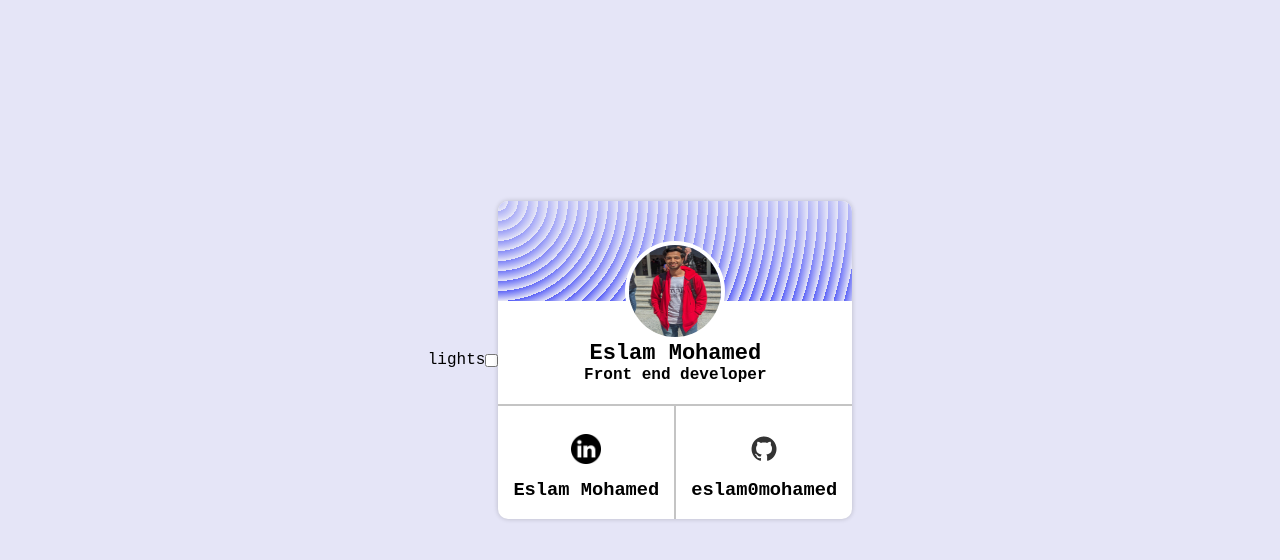
Repository: Eslam0Mohamed/profile-card-component
Page: index.html
These files come from the project's save history. The page is drawn as it stood at one moment and after the next save; the edit follows.
The browser window is 1280 px wide. The pictures show the whole page.

Above is the page before, as saved 2024-07-25 19:11:04.

### index.html
<!DOCTYPE html>
<html lang="en">
  <head>
    <meta charset="UTF-8" />
    <meta name="viewport" content="width=device-width, initial-scale=1.0" />
    <title>Profile Card</title>
    <link rel="stylesheet" href="style.css" />
  </head>
  <body>
    <div class="container">
      <div class="lights-control">
        lights
        <input type="checkbox" name="lights-input" id="lights-input" class="lights-input">
        <label for="light-input" class="lights-label"></label>
      </div>
      <article class="card">
        <div class="top"></div>
        <div class="middle">
          <img src="assets/my-pic.jpg" alt="Eslam's photo" class="pic" />
          <h1 class="title">Eslam Mohamed</h1>
          <h2 class="job">Front end developer</h2>
        </div>
        <div class="bottom">
          <div class="column">
            <a href="https://www.linkedin.com/in/eslam-mohamed2002/">
              <img class="icon" src="assets/linkedin.png" alt="Linkedin icon" />
            </a>
            <h3>Eslam Mohamed</h3>
          </div>
          <div class="column">
            <a href="https://github.com/Eslam0Mohamed">
              <img class="icon" src="assets/github.svg" alt="github icon" />
            </a>
            <h3>eslam0mohamed</h3>
          </div>
        </div>
      </article>
    </div>
  </body>
</html>

### style.css
:root {
    --color-white: #fff;
    --color-grey: #c4c4c4;
}

/* CSS Reset */

* {
    margin: 0;
    padding: 0;
    box-sizing: border-box;
}

*,
*::before,
*::after {
    box-sizing: border-box;
}

a {
    color: inherit;
    display: inline-block;
}

button {
    background-color: transparent;
    border: none;
    cursor: pointer;
    border: 0;
}

ul,
ol {
    list-style: none;
}

html {
    font-size: 62.5%;
}

body {
    font-size: 1.6rem;
    font-family: "Courier New", Courier, monospace;
}

.container {
    /* flex-direction: column; */
    min-height: 100vh;
    display: flex;
    justify-content: center;
    align-items: center;
    background-color: #e5e5f7;
    background-image: radial-gradient(#444cf7 0.5px, #e5e5f7 0.5px);
    background-size: 10px 10px;
}
.lights-control{
    display: flex;
    align-items: center;
    gab
}
.card {
    display: flex;
    flex-direction: column;
    border-radius: 1rem;
    min-width: 35rem;
    overflow: hidden;
    background-color: var(--color-white);
    box-shadow:  0 0 0.5rem rgba(0, 0, 0, 0.2);
}

.top {
    height: 10rem;
    background-color: #e5e5f7;
    opacity: 0.9;
    background-image: repeating-radial-gradient(circle at 0 0, transparent 0, #e5e5f7 10px),
        repeating-linear-gradient(#444cf755, #444cf7);

}

.middle{
    z-index: 5;
    display: flex;
    flex-direction: column;
    justify-content: center;
    align-items: center;
    margin-top: -6rem;
}
.pic {
    height: 100px;
    width: 100px;
    border-radius: 50%;
    /* object-fit: contain; */
    background-color: var(--color-white);
    border: 0.4rem solid var(--color-white);
}
.title{
    font-size:  2.2rem;

 }
 .job{
    font-size:  1.6rem;

 }
 .bottom{
    margin: 20px 0 0 0;
    display: flex;
    justify-content: space-evenly;
    border-top: 2px solid var(--color-grey);
 }
 .column:last-child{
    border-left: 2px solid var(--color-grey);

 }
 .column{
  /* display: flex;
  flex-direction: column;
  align-items: center; */
  flex: 1;
padding: 18px 15px;
text-align: center;

 }
 .icon{
    width: 30px;
    margin: 10px 0;
 }

After the next save:
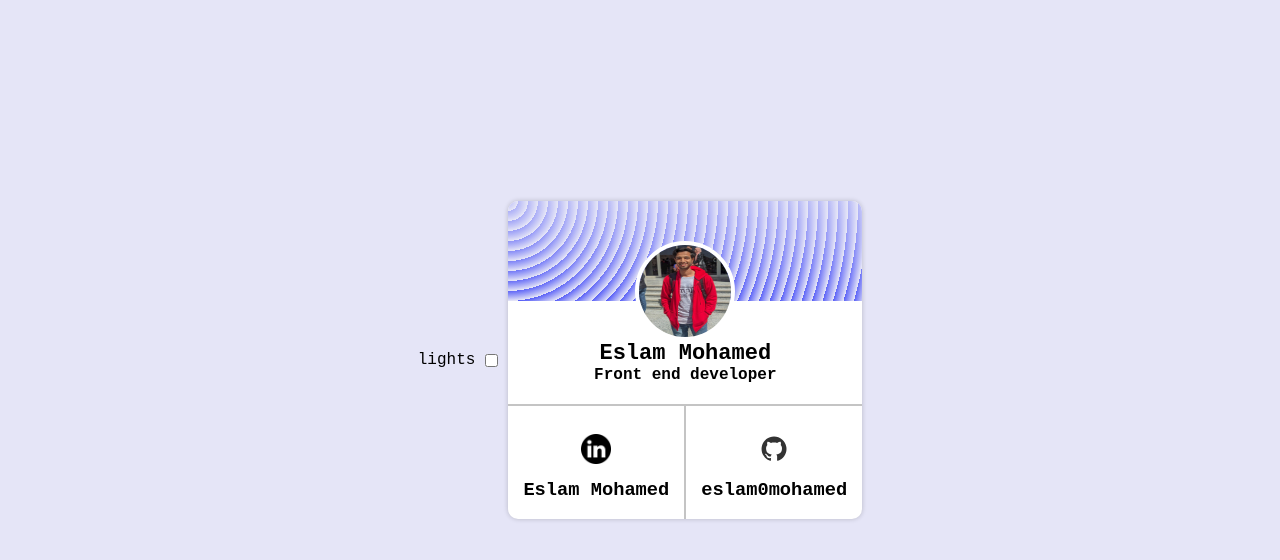
Saved 5 s later.
--- a/style.css
+++ b/style.css
@@ -56,7 +56,7 @@ body {
 .lights-control{
     display: flex;
     align-items: center;
-    gab
+    gap: 1rem;
 }
 .card {
     display: flex;
